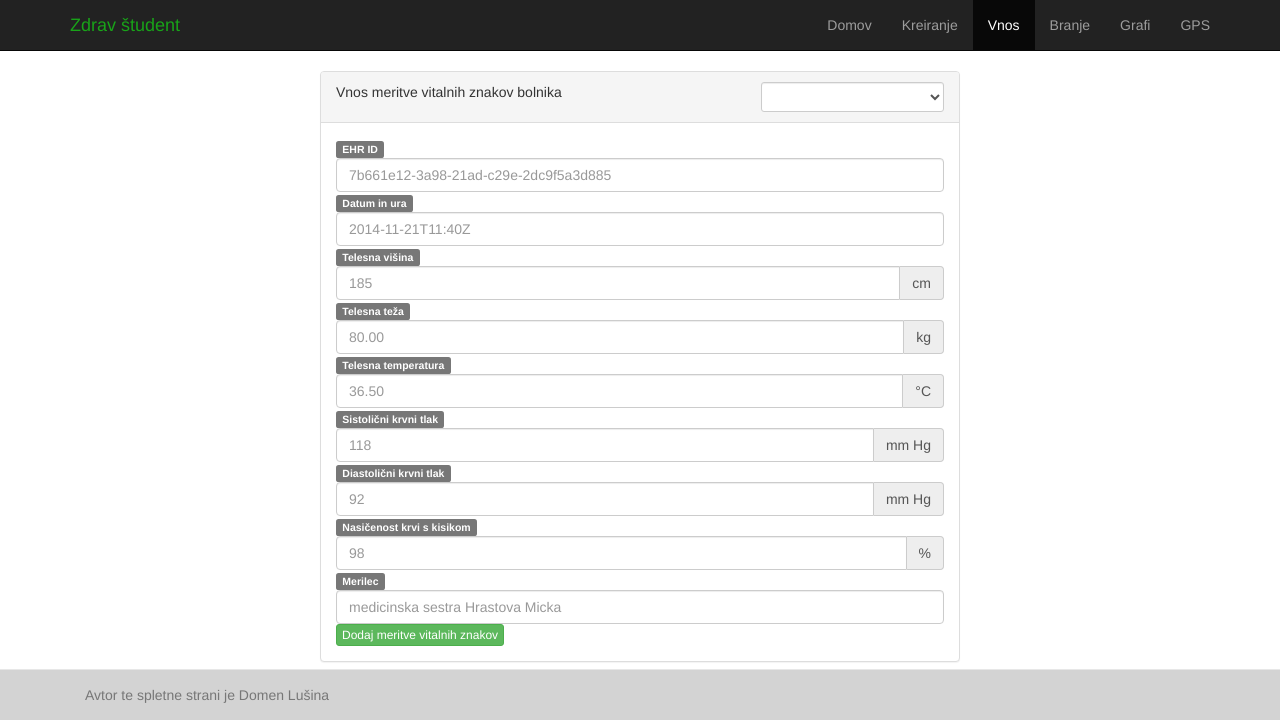
Repository: dl4184/ois-dn4
Page: vnos.html
The author's editor kept a record of every edit. The page is drawn from the files as they stood at one moment, then again after the next edit.
The browser window is 1280 px wide. The pictures show the whole page.
Some web libraries are served in a nearby version.

Above is the page before.
Not found: css/styles.css

### vnos.html
    <!DOCTYPE html>
    <html>
            <head>
                    <title>WebApp ois</title>
                    <meta charset="utf-8">
                    <meta name="viewport" content="width=device-width, initial-scale=1.0">
                    <script src = "http://ajax.googleapis.com/ajax/libs/jquery/2.1.0/jquery.min.js"></script>
                    <script src = "js/bootstrap.js"></script>
                    <link href = "css/bootstrap.min.css" rel = "stylesheet">
                    <link href = "css/styles.css" rel = "stylesheet">
                    <script src="demo.js"></script>
            </head>
            <body>

                    <div class = "navbar navbar-inverse navbar-static-top">
                            <div class = "container">

                                    <a href = "index.html" class = "navbar-brand" style="color:#19A319">Zdrav študent</a>

                                    <button class = "navbar-toggle" data-toggle = "collapse" data-target = ".navHeaderCollapse">
                                            <span class = "icon-bar"></span>
                                            <span class = "icon-bar"></span>
                                            <span class = "icon-bar"></span>
                                    </button>

                                    <div class = "collapse navbar-collapse navHeaderCollapse">

                                            <ul class = "nav navbar-nav navbar-right">

                                                    <li><a href = "index.html">Domov</a></li>
                                                    <li><a href = "kreiranje.html">Kreiranje</a></li>
                                                    <li class = "active"><a href = "vnos.html">Vnos</a></li>
                                                    <li><a href = "branje.html">Branje</a></li>
													<li><a href = "grafi.html">Grafi</a></li>
													<li><a href = "gps.html">GPS</a></li>

                                            </ul>

                                    </div>

                            </div>
                    </div>
				<div class="panel panel-default" style="width: 50%;margin: 0 auto">
					<div class="panel-heading">
						<div class="row">
							<div class="col-lg-8 col-md-8 col-sm-8">Vnos meritve vitalnih znakov bolnika</div>
							<div class="col-lg-4 col-md-4 col-sm-4"><select class="form-control input-sm" id="preberiObstojeciVitalniZnak"><option value=""></option></select></div>
						</div>
					</div>
					<div class="panel-body">
						<span class="label label-default">EHR ID</span><input id="dodajVitalnoEHR" type="text" class="form-control input-mini" placeholder="7b661e12-3a98-21ad-c29e-2dc9f5a3d885">
						<span class="label label-default">Datum in ura</span><input id="dodajVitalnoDatumInUra" type="text" class="form-control input-mini" placeholder="2014-11-21T11:40Z">
						<span class="label label-default">Telesna višina</span><div class="input-group"><input id="dodajVitalnoTelesnaVisina" type="text" class="form-control input-mini" placeholder="185"><span class="input-group-addon">cm</span></div>
						<span class="label label-default">Telesna teža</span><div class="input-group"><input id="dodajVitalnoTelesnaTeza" type="text" class="form-control input-mini" placeholder="80.00"><span class="input-group-addon">kg</span></div>
						<span class="label label-default">Telesna temperatura</span><div class="input-group"><input id="dodajVitalnoTelesnaTemperatura" type="text" class="form-control input-mini" placeholder="36.50"><span class="input-group-addon">°C</span></div>
						<span class="label label-default">Sistolični krvni tlak</span><div class="input-group"><input id="dodajVitalnoKrvniTlakSistolicni" type="text" class="form-control input-mini" placeholder="118"><span class="input-group-addon">mm Hg</span></div>
						<span class="label label-default">Diastolični krvni tlak</span><div class="input-group"><input id="dodajVitalnoKrvniTlakDiastolicni" type="text" class="form-control input-mini" placeholder="92"><span class="input-group-addon">mm Hg</span></div>
						<span class="label label-default">Nasičenost krvi s kisikom</span><div class="input-group"><input id="dodajVitalnoNasicenostKrviSKisikom" type="text" class="form-control input-mini" placeholder="98"><span class="input-group-addon">%</span></div>
						<span class="label label-default">Merilec</span><input id="dodajVitalnoMerilec" type="text" class="form-control input-mini" placeholder="medicinska sestra Hrastova Micka">
						<button type="button" class="btn btn-success btn-xs" onclick="dodajMeritveVitalnihZnakov()">Dodaj meritve vitalnih znakov</button><span id="dodajMeritveVitalnihZnakovSporocilo"></span>
				  	</div>
			</div>

					 <div class = "navbar navbar-default navbar-fixed-bottom" style="background-color:lightgray">

                        <div class = "container">
                                <p class = "navbar-text pull-left">Avtor te spletne strani je Domen Lušina</p>
                        </div>

					</div>



            </body>
    </html>

### demo.js

var baseUrl = 'https://rest.ehrscape.com/rest/v1';
var queryUrl = baseUrl + '/query';

var username = "ois.seminar";
var password = "ois4fri";

function getSessionId() {
    var response = $.ajax({
        type: "POST",
        url: baseUrl + "/session?username=" + encodeURIComponent(username) +
                "&password=" + encodeURIComponent(password),
        async: false
    });
    return response.responseJSON.sessionId;
}


function kreirajEHRzaBolnika() {
	sessionId = getSessionId();

	var ime = $("#kreirajIme").val();
	var priimek = $("#kreirajPriimek").val();
	var datumRojstva = $("#kreirajDatumRojstva").val();

	if (!ime || !priimek || !datumRojstva || ime.trim().length == 0 || priimek.trim().length == 0 || datumRojstva.trim().length == 0) {
		$("#kreirajSporocilo").html("<span class='obvestilo label label-warning fade-in'>Prosim vnesite zahtevane podatke!</span>");
	} else {
		$.ajaxSetup({
		    headers: {"Ehr-Session": sessionId}
		});
		$.ajax({
		    url: baseUrl + "/ehr",
		    type: 'POST',
		    success: function (data) {
		        var ehrId = data.ehrId;
		        var partyData = {
		            firstNames: ime,
		            lastNames: priimek,
		            dateOfBirth: datumRojstva,
		            partyAdditionalInfo: [{key: "ehrId", value: ehrId}]
		        };
		        $.ajax({
		            url: baseUrl + "/demographics/party",
		            type: 'POST',
		            contentType: 'application/json',
		            data: JSON.stringify(partyData),
		            success: function (party) {
		                if (party.action == 'CREATE') {
		                    $("#kreirajSporocilo").html("<span class='obvestilo label label-success fade-in'>Uspešno kreiran EHR '" + ehrId + "'.</span>");
		                    console.log("Uspešno kreiran EHR '" + ehrId + "'.");
		                    $("#preberiEHRid").val(ehrId);
		                }
		            },
		            error: function(err) {
		            	$("#kreirajSporocilo").html("<span class='obvestilo label label-danger fade-in'>Napaka '" + JSON.parse(err.responseText).userMessage + "'!");
		            	console.log(JSON.parse(err.responseText).userMessage);
		            }
		        });
		    }
		});
	}
}


function preberiEHRBolnika() {
	sessionId = getSessionId();

	var ehrId = $("#preberiEHRid").val();

	if (!ehrId || ehrId.trim().length == 0) {
		$("#preberiSporocilo").html("<span class='obvestilo label label-warning fade-in'>Prosim vnesite zahtevan podatek!");
	} else {
		$.ajax({
			url: baseUrl + "/demographics/ehr/" + ehrId + "/party",
			type: 'GET',
			headers: {"Ehr-Session": sessionId},
	    	success: function (data) {
				var party = data.party;
				$("#preberiSporocilo").html("<span class='obvestilo label label-success fade-in'>Bolnik '" + party.firstNames + " " + party.lastNames + "', ki se je rodil '" + party.dateOfBirth + "'.</span>");
				console.log("Bolnik '" + party.firstNames + " " + party.lastNames + "', ki se je rodil '" + party.dateOfBirth + "'.");
			},
			error: function(err) {
				$("#preberiSporocilo").html("<span class='obvestilo label label-danger fade-in'>Napaka '" + JSON.parse(err.responseText).userMessage + "'!");
				console.log(JSON.parse(err.responseText).userMessage);
			}
		});
	}
}


function dodajMeritveVitalnihZnakov() {
	sessionId = getSessionId();

	var ehrId = $("#dodajVitalnoEHR").val();
	var datumInUra = $("#dodajVitalnoDatumInUra").val();
	var telesnaVisina = $("#dodajVitalnoTelesnaVisina").val();
	var telesnaTeza = $("#dodajVitalnoTelesnaTeza").val();
	var telesnaTemperatura = $("#dodajVitalnoTelesnaTemperatura").val();
	var sistolicniKrvniTlak = $("#dodajVitalnoKrvniTlakSistolicni").val();
	var diastolicniKrvniTlak = $("#dodajVitalnoKrvniTlakDiastolicni").val();
	var nasicenostKrviSKisikom = $("#dodajVitalnoNasicenostKrviSKisikom").val();
	var merilec = $("#dodajVitalnoMerilec").val();

	if (!ehrId || ehrId.trim().length == 0) {
		$("#dodajMeritveVitalnihZnakovSporocilo").html("<span class='obvestilo label label-warning fade-in'>Prosim vnesite zahtevane podatke!</span>");
	} else {
		$.ajaxSetup({
		    headers: {"Ehr-Session": sessionId}
		});
		var podatki = {
			// Preview Structure: https://rest.ehrscape.com/rest/v1/template/Vital%20Signs/example
		    "ctx/language": "en",
		    "ctx/territory": "SI",
		    "ctx/time": datumInUra,
		    "vital_signs/height_length/any_event/body_height_length": telesnaVisina,
		    "vital_signs/body_weight/any_event/body_weight": telesnaTeza,
		   	"vital_signs/body_temperature/any_event/temperature|magnitude": telesnaTemperatura,
		    "vital_signs/body_temperature/any_event/temperature|unit": "°C",
		    "vital_signs/blood_pressure/any_event/systolic": sistolicniKrvniTlak,
		    "vital_signs/blood_pressure/any_event/diastolic": diastolicniKrvniTlak,
		    "vital_signs/indirect_oximetry:0/spo2|numerator": nasicenostKrviSKisikom
		};
		var parametriZahteve = {
		    "ehrId": ehrId,
		    templateId: 'Vital Signs',
		    format: 'FLAT',
		    committer: merilec
		};
		$.ajax({
		    url: baseUrl + "/composition?" + $.param(parametriZahteve),
		    type: 'POST',
		    contentType: 'application/json',
		    data: JSON.stringify(podatki),
		    success: function (res) {
		    	console.log(res.meta.href);
		        $("#dodajMeritveVitalnihZnakovSporocilo").html("<span class='obvestilo label label-success fade-in'>" + res.meta.href + ".</span>");
		    },
		    error: function(err) {
		    	$("#dodajMeritveVitalnihZnakovSporocilo").html("<span class='obvestilo label label-danger fade-in'>Napaka '" + JSON.parse(err.responseText).userMessage + "'!");
				console.log(JSON.parse(err.responseText).userMessage);
		    }
		});
	}
}


function preberiMeritveVitalnihZnakov() {
	sessionId = getSessionId();

	var ehrId = $("#meritveVitalnihZnakovEHRid").val();
	var tip = $("#preberiTipZaVitalneZnake").val();

	if (!ehrId || ehrId.trim().length == 0 || !tip || tip.trim().length == 0) {
		$("#preberiMeritveVitalnihZnakovSporocilo").html("<span class='obvestilo label label-warning fade-in'>Prosim vnesite zahtevan podatek!");
	} else {
		$.ajax({
			url: baseUrl + "/demographics/ehr/" + ehrId + "/party",
	    	type: 'GET',
	    	headers: {"Ehr-Session": sessionId},
	    	success: function (data) {
				var party = data.party;
				$("#rezultatMeritveVitalnihZnakov").html("<br/><span>Pridobivanje podatkov za <b>'" + tip + "'</b> bolnika <b>'" + party.firstNames + " " + party.lastNames + "'</b>.</span><br/><br/>");
				if (tip == "telesna temperatura") {
					$.ajax({
					    url: baseUrl + "/view/" + ehrId + "/" + "body_temperature",
					    type: 'GET',
					    headers: {"Ehr-Session": sessionId},
					    success: function (res) {
					    	if (res.length > 0) {
						    	var results = "<table class='table table-striped table-hover'><tr><th>Datum in ura</th><th class='text-right'>Telesna temperatura</th></tr>";
						        for (var i in res) {
						            results += "<tr><td>" + res[i].time + "</td><td class='text-right'>" + res[i].temperature + " " 	+ res[i].unit + "</td>";
						        }
						        results += "</table>";
						        $("#rezultatMeritveVitalnihZnakov").append(results);
					    	} else {
					    		$("#preberiMeritveVitalnihZnakovSporocilo").html("<span class='obvestilo label label-warning fade-in'>Ni podatkov!</span>");
					    	}
					    },
					    error: function() {
					    	$("#preberiMeritveVitalnihZnakovSporocilo").html("<span class='obvestilo label label-danger fade-in'>Napaka '" + JSON.parse(err.responseText).userMessage + "'!");
							console.log(JSON.parse(err.responseText).userMessage);
					    }
					});
				} else if (tip == "telesna teža") {
					$.ajax({
					    url: baseUrl + "/view/" + ehrId + "/" + "weight",
					    type: 'GET',
					    headers: {"Ehr-Session": sessionId},
					    success: function (res) {
					    	if (res.length > 0) {
						    	var results = "<table class='table table-striped table-hover'><tr><th>Datum in ura</th><th class='text-right'>Telesna teža</th></tr>";
						        for (var i in res) {
						            results += "<tr><td>" + res[i].time + "</td><td class='text-right'>" + res[i].weight + " " 	+ res[i].unit + "</td>";
						        }
						        results += "</table>";
						        $("#rezultatMeritveVitalnihZnakov").append(results);
					    	} else {
					    		$("#preberiMeritveVitalnihZnakovSporocilo").html("<span class='obvestilo label label-warning fade-in'>Ni podatkov!</span>");
					    	}
					    },
					    error: function() {
					    	$("#preberiMeritveVitalnihZnakovSporocilo").html("<span class='obvestilo label label-danger fade-in'>Napaka '" + JSON.parse(err.responseText).userMessage + "'!");
							console.log(JSON.parse(err.responseText).userMessage);
					    }
					});
				} else if (tip == "diastolični krvni tlak") {
						 console.log("diastolicniKrvniTlak");

				}
				 else if (tip == "sistolični krvni tlak") {
					 console.log("sistolicniKrvniTlak");
				}
				 else if (tip == "nasičenost krvi s kisikom") {
						 console.log("nasičenost");
				}
				 else if (tip=="telesna višina") {
						console.log("višina");
				}

	    	},
	    	error: function(err) {
	    		$("#preberiMeritveVitalnihZnakovSporocilo").html("<span class='obvestilo label label-danger fade-in'>Napaka '" + JSON.parse(err.responseText).userMessage + "'!");
				console.log(JSON.parse(err.responseText).userMessage);
	    	}
		});
	}
}


$(document).ready(function() {
    $.ajax({
            url : "clanek.txt",
            dataType: "text",
            success : function (data) {
                $(".text").html(data);
            }
        });
	$('#preberiObstojeciEHR').change(function() {
		$("#preberiSporocilo").html("");
		$("#preberiEHRid").val($(this).val());
	});
	$('#preberiPredlogoBolnika').change(function() {
		$("#kreirajSporocilo").html("");
		var podatki = $(this).val().split(",");
		$("#kreirajIme").val(podatki[0]);
		$("#kreirajPriimek").val(podatki[1]);
		$("#kreirajDatumRojstva").val(podatki[2]);
	});
	$('#preberiObstojeciVitalniZnak').change(function() {
		$("#dodajMeritveVitalnihZnakovSporocilo").html("");
		var podatki = $(this).val().split("|");
		$("#dodajVitalnoEHR").val(podatki[0]);
		$("#dodajVitalnoDatumInUra").val(podatki[1]);
		$("#dodajVitalnoTelesnaVisina").val(podatki[2]);
		$("#dodajVitalnoTelesnaTeza").val(podatki[3]);
		$("#dodajVitalnoTelesnaTemperatura").val(podatki[4]);
		$("#dodajVitalnoKrvniTlakSistolicni").val(podatki[5]);
		$("#dodajVitalnoKrvniTlakDiastolicni").val(podatki[6]);
		$("#dodajVitalnoNasicenostKrviSKisikom").val(podatki[7]);
		$("#dodajVitalnoMerilec").val(podatki[8]);
	});
	$('#preberiEhrIdZaVitalneZnake').change(function() {
		$("#preberiMeritveVitalnihZnakovSporocilo").html("");
		$("#rezultatMeritveVitalnihZnakov").html("");
		$("#meritveVitalnihZnakovEHRid").val($(this).val());
	});
});

Loaded but not shown: js/bootstrap.js (library); css/bootstrap.min.css (library)

After the next edit:
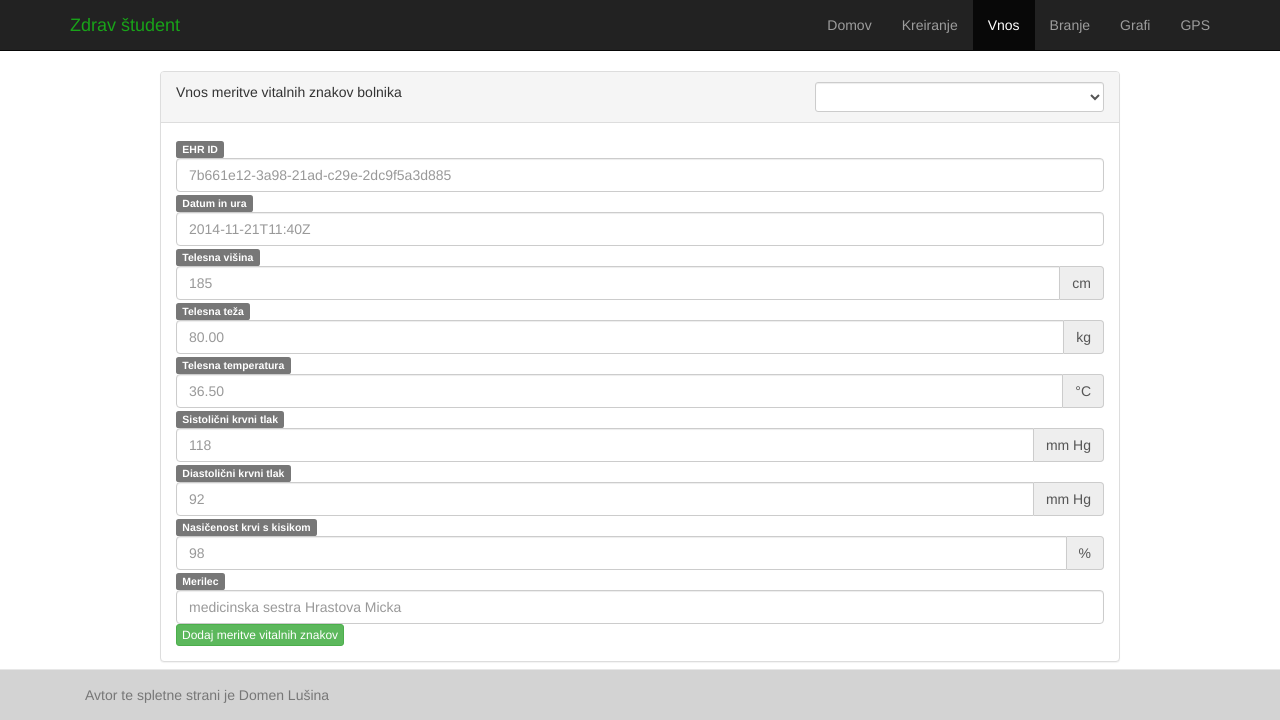
The edit:
--- a/vnos.html
+++ b/vnos.html
@@ -40,7 +40,7 @@
 
                             </div>
                     </div>
-				<div class="panel panel-default" style="width: 50%;margin: 0 auto">
+				<div class="panel panel-default" style="width: 75%;margin: 0 auto">
 					<div class="panel-heading">
 						<div class="row">
 							<div class="col-lg-8 col-md-8 col-sm-8">Vnos meritve vitalnih znakov bolnika</div>
